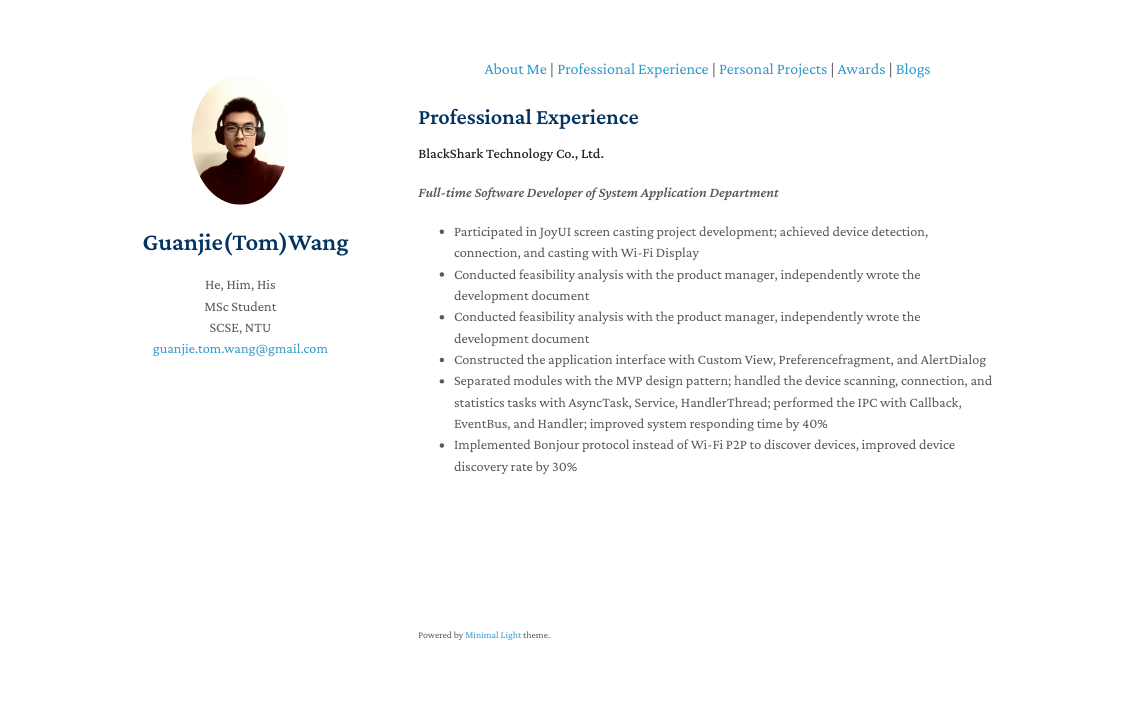
Repository: guanjie01/aboutme
Page: html/professional.html
The author's editor kept a copy of each file at every save. The page is drawn from the files as they stood at one save, then again after the next save.
The browser window is 1280 px wide. The pictures show the whole page, at 89% of full size.

Above is the page before, as saved 2023-07-30 22:13:54.

After the next save:
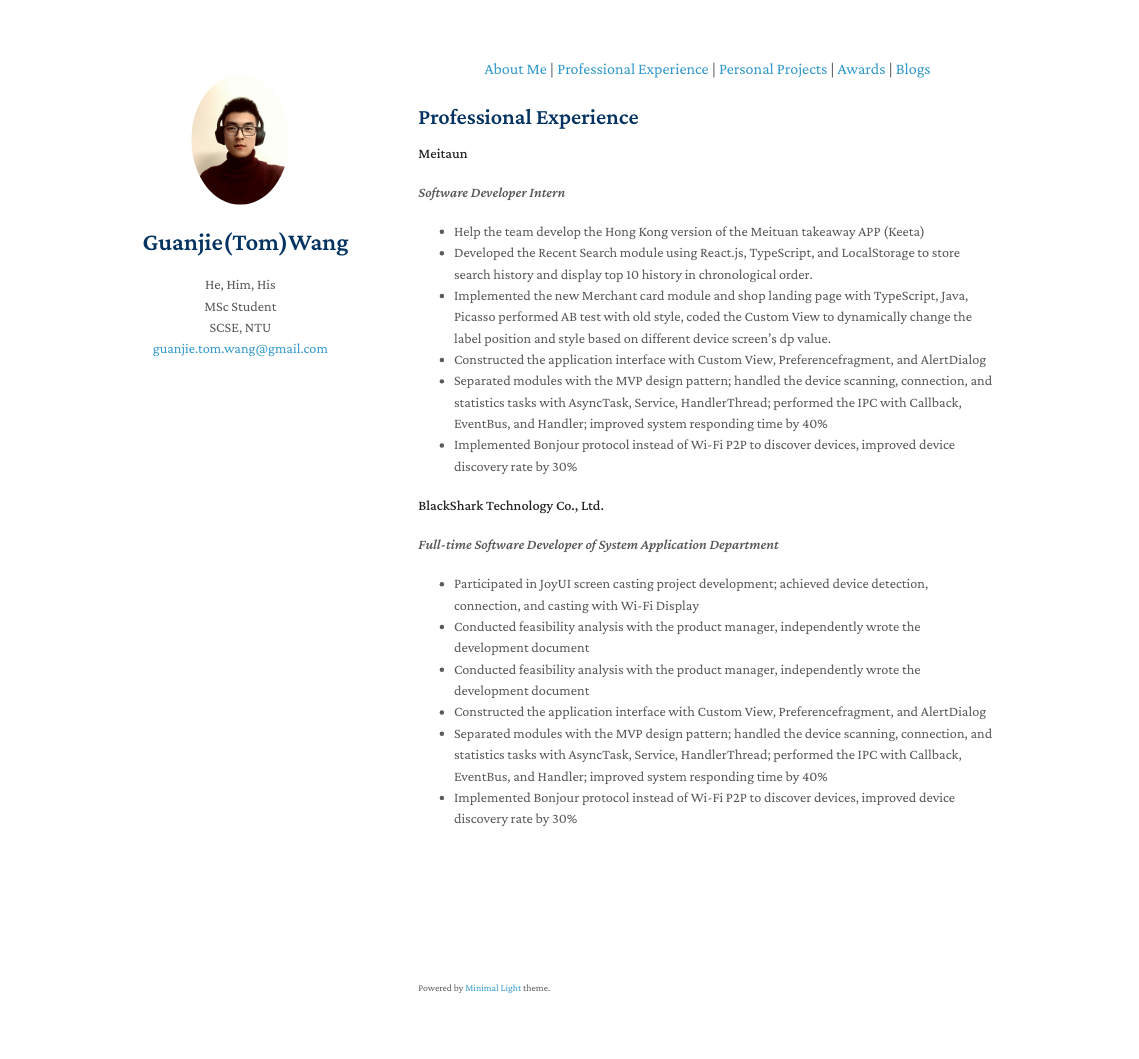
Saved 3 min 6 s later.
--- a/html/professional.html
+++ b/html/professional.html
@@ -71,6 +71,38 @@
       <div id="work-experience">
         <h2>Professional Experience</h2>
         <p>
+          <strong>Meitaun<br /> </strong>
+        </p>
+        <p>
+          <em>Software Developer Intern</em>
+        </p>
+        <ul>
+          <li>
+            Help the team develop the Hong Kong version of the Meituan takeaway APP (Keeta)
+          </li>
+          <li>
+            Developed the Recent Search module using React.js, TypeScript, and LocalStorage to store search history and display top 10 history in chronological order.
+          </li>
+          <li>
+            Implemented the new Merchant card module and shop landing page with TypeScript, Java, Picasso performed AB test with old style, coded the Custom View to dynamically change the label position and style based on different device screen’s dp value.
+          </li>
+          <li>
+            Constructed the application interface with Custom View,
+            Preferencefragment, and AlertDialog
+          </li>
+          <li>
+            Separated modules with the MVP design pattern; handled the device
+            scanning, connection, and statistics tasks with AsyncTask, Service,
+            HandlerThread; performed the IPC with Callback, EventBus, and
+            Handler; improved system responding time by 40%
+          </li>
+          <li>
+            Implemented Bonjour protocol instead of Wi-Fi P2P to discover
+            devices, improved device discovery rate by 30%
+          </li>
+        </ul>
+
+        <p>
           <strong>BlackShark Technology Co., Ltd.<br /> </strong>
         </p>
         <p>
